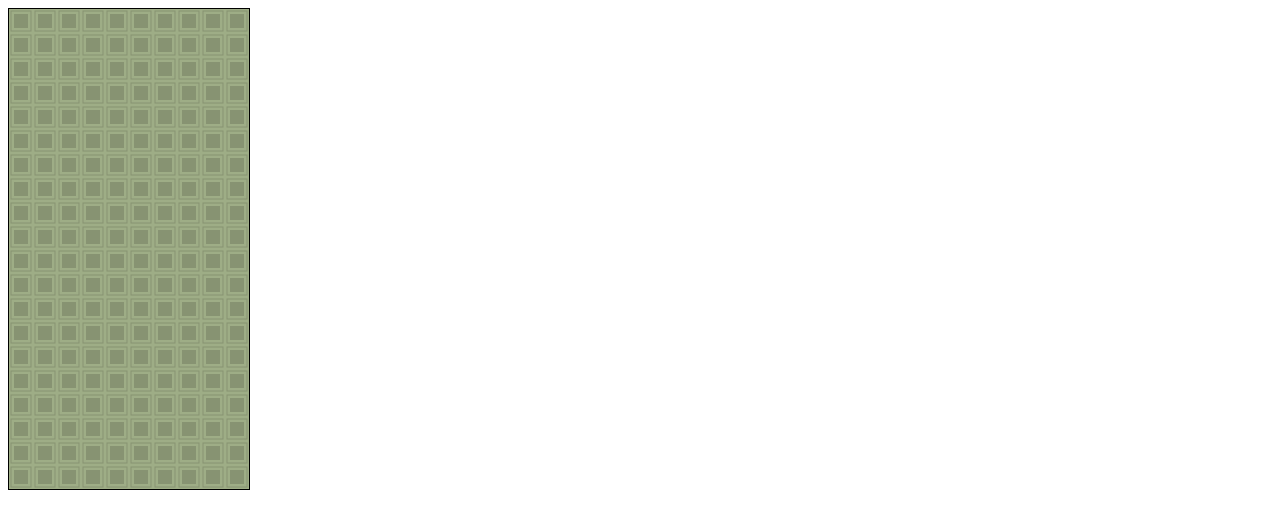
Repository: yzarc204/tetris-web
Page: index.html
The author's editor kept a copy of each file at every save. The page is drawn from the files as they stood at one save, then again after a run of saves.
The browser window is 1280 px wide. The pictures show the whole page.

Above is the page before, as saved 2021-09-20 18:58:43.

### index.html
<!DOCTYPE html>
<html lang="en">
<head>
    <meta charset="UTF-8">
    <meta http-equiv="X-UA-Compatible" content="IE=edge">
    <meta name="viewport" content="width=device-width, initial-scale=1.0">
    <title>Tetris</title>
    <style>
        canvas {
            border: 1px solid #000;
        }
    </style>
</head>
<body>
    <script src="js/const.js"></script>
    <script src="js/board.js"></script>
    <script src="js/pixel.js"></script>
    <script src="js/brick.js"></script>
    <script src="js/game.js"></script>
</body>
</html>

### js/const.js
const PIXEL_SIZE = 24;
const PIXEL_COLOR = '#000000';
const PIXEL_BG_COLOR = '#879372';

const B = true;
const _ = false;

const ROW = 20;
const COL = 10;

const GAME_WIDTH = PIXEL_SIZE * COL;
const GAME_HEIGHT = PIXEL_SIZE * ROW;
const GAME_BG_COLOR = '#9EAD86';

### js/board.js
class Board
{
    constructor(tetris) {
        this.tetris = tetris;
        this.map = [];
        this.row = ROW;
        this.col = COL;
        this.init();
    }

    init() {
        for (let row = 0; row < this.row; row++) {
            let rowData = [];
            for (let col = 0; col < this.col; col++) {
                rowData.push(_);
            }
            this.map.push(rowData);
        }
    }

    draw() {
        for (let row = 0; row < this.row; row++) {
            for (let col = 0; col < this.col; col++) {
                if (this.map[row][col] == _)
                    new Pixel(this.tetris, row, col, PIXEL_BG_COLOR).draw();
            }
        }
    }
};

### js/pixel.js
class Pixel
{
    constructor(tetris, row, col, color) {
        this.tetris = tetris;
        this.row = row;
        this.col = col;
        this.color = color;
        this.size = PIXEL_SIZE;
    }

    draw() {
        const x = this.row * this.size;
        const y = this.col * this.size;
        // Set color
        this.tetris.ctx.fillStyle = this.color;
        this.tetris.ctx.strokeStyle = this.color;
        this.tetris.ctx.lineWidth = 1;
        // Draw outline
        this.tetris.ctx.strokeRect(y+2, x+2, this.size-4, this.size-4);
        // Draw area
        this.tetris.ctx.fillRect(y+5, x+5, this.size-10, this.size-10, this.color);
    }
};

### js/game.js
class Tetris {
    constructor() {
        this.cvs = null;
        this.ctx = null;
        this.board = null;
        this.brick = null;
        this.score = 0;
        this.init();
        this.startGame();
        this.gameLoop = setInterval(() => this.loop(), 100);
    }

    init() {
        // Create canvas
        this.cvs = document.createElement('canvas');
        this.cvs.width = GAME_WIDTH;
        this.cvs.height = GAME_HEIGHT;
        document.body.appendChild(this.cvs);

        this.ctx = this.cvs.getContext('2d');
    }

    startGame() {
        this.board = new Board(this);
    }

    clrscr() {
        this.ctx.fillStyle = GAME_BG_COLOR;
        this.ctx.fillRect(0, 0, GAME_WIDTH, GAME_HEIGHT);
    }

    loop() {
        this.clrscr();
        this.update();
        this.draw();
    }

    update() {
    }

    draw() {
        this.board.draw();
    }
};

const tetris = new Tetris();

Loaded but not shown: js/brick.js (no copy from this time; the picture is the same without it)

After the next 4 saves:
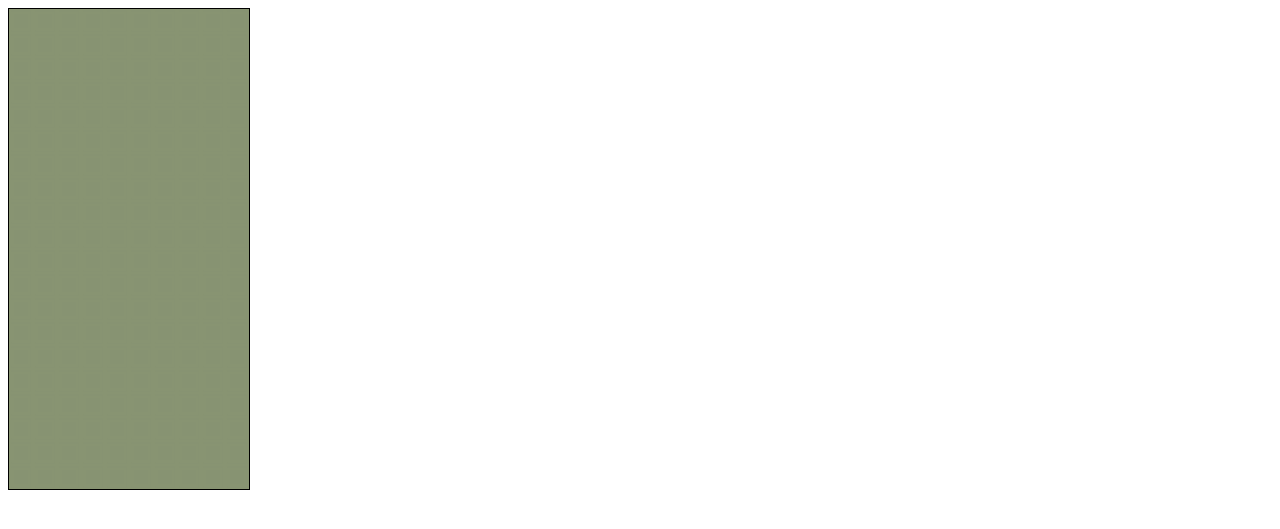
The 4 saves are shown as one change because they came seconds apart.
The last was saved 76 s later.
--- a/js/const.js
+++ b/js/const.js
@@ -1,6 +1,4 @@
 const PIXEL_SIZE = 24;
-const PIXEL_COLOR = '#000000';
-const PIXEL_BG_COLOR = '#879372';
 
 const B = true;
 const _ = false;
@@ -10,4 +8,7 @@ const COL = 10;
 
 const GAME_WIDTH = PIXEL_SIZE * COL;
 const GAME_HEIGHT = PIXEL_SIZE * ROW;
-const GAME_BG_COLOR = '#9EAD86';
+
+const GAME_BG_COLOR = '#889472';
+const PIXEL_COLOR = '#000000';
+const PIXEL_BG_COLOR = '#879372';
